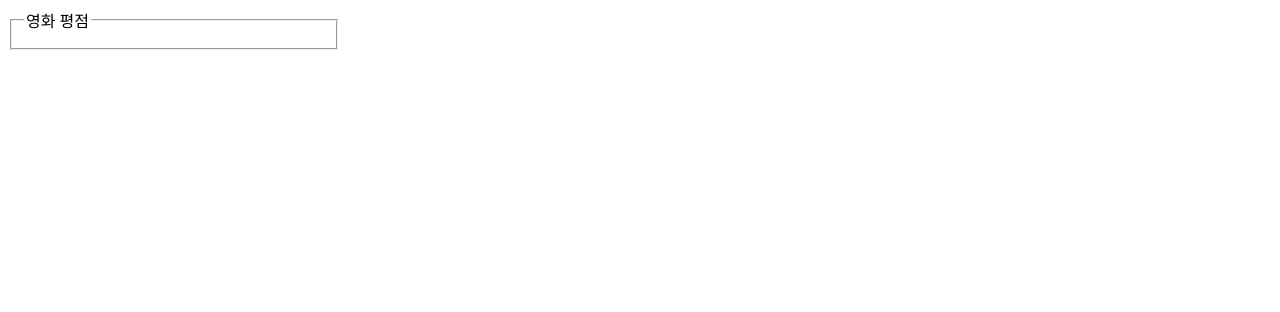
Repository: parkgyutaee/My_JAVA_Project
Page: http://localhost/JSPStudy/test04_06.jsp
These files come from the project's save history. The page is drawn as it stood at one moment and after the next save; the edit follows.
The browser window is 1280 px wide. The pictures show the whole page.
The page is served by Tomcat 10.

Above is the page before, as saved 2025-07-10 07:40:26.

After the next save:
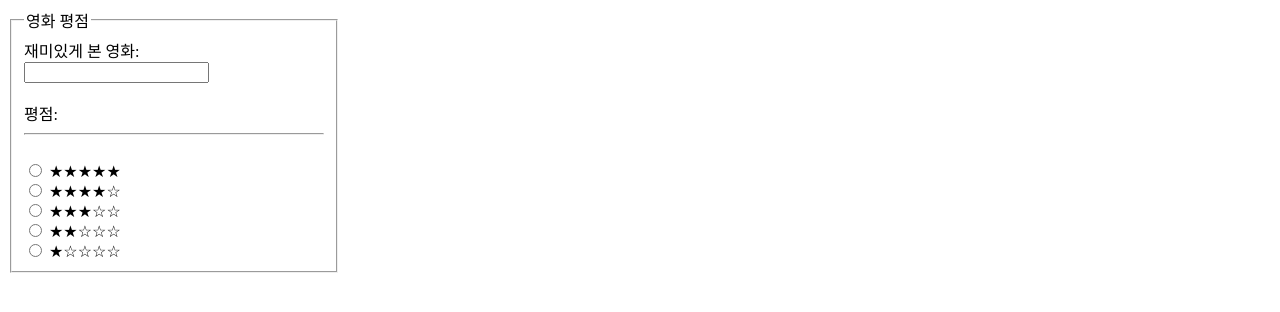
Saved 2 min 51 s later.
--- a/Workspace/JSPStudy/src/main/webapp/test04_06.jsp
+++ b/Workspace/JSPStudy/src/main/webapp/test04_06.jsp
@@ -10,7 +10,15 @@
 	<form action="#" method = "get">
 		<fieldset style = "width:300px">
 			<legend>영화 평점</legend>
-
+			재미있게 본 영화: <br>
+			<input type = "text" name = "name"> <br><br>
+			평점: <br>
+			<hr> <br>
+			<input type = "radio" name = "choice" value = "★★★★★"> ★★★★★ <br>
+			<input type = "radio" name = "choice" value = "★★★★☆"> ★★★★☆ <br>
+			<input type = "radio" name = "choice" value = "★★★☆☆"> ★★★☆☆ <br>
+			<input type = "radio" name = "choice" value = "★★☆☆☆"> ★★☆☆☆ <br>
+			<input type = "radio" name = "choice" value = "★☆☆☆☆"> ★☆☆☆☆ <br>
 		</fieldset>
 	</form>
 </body>
